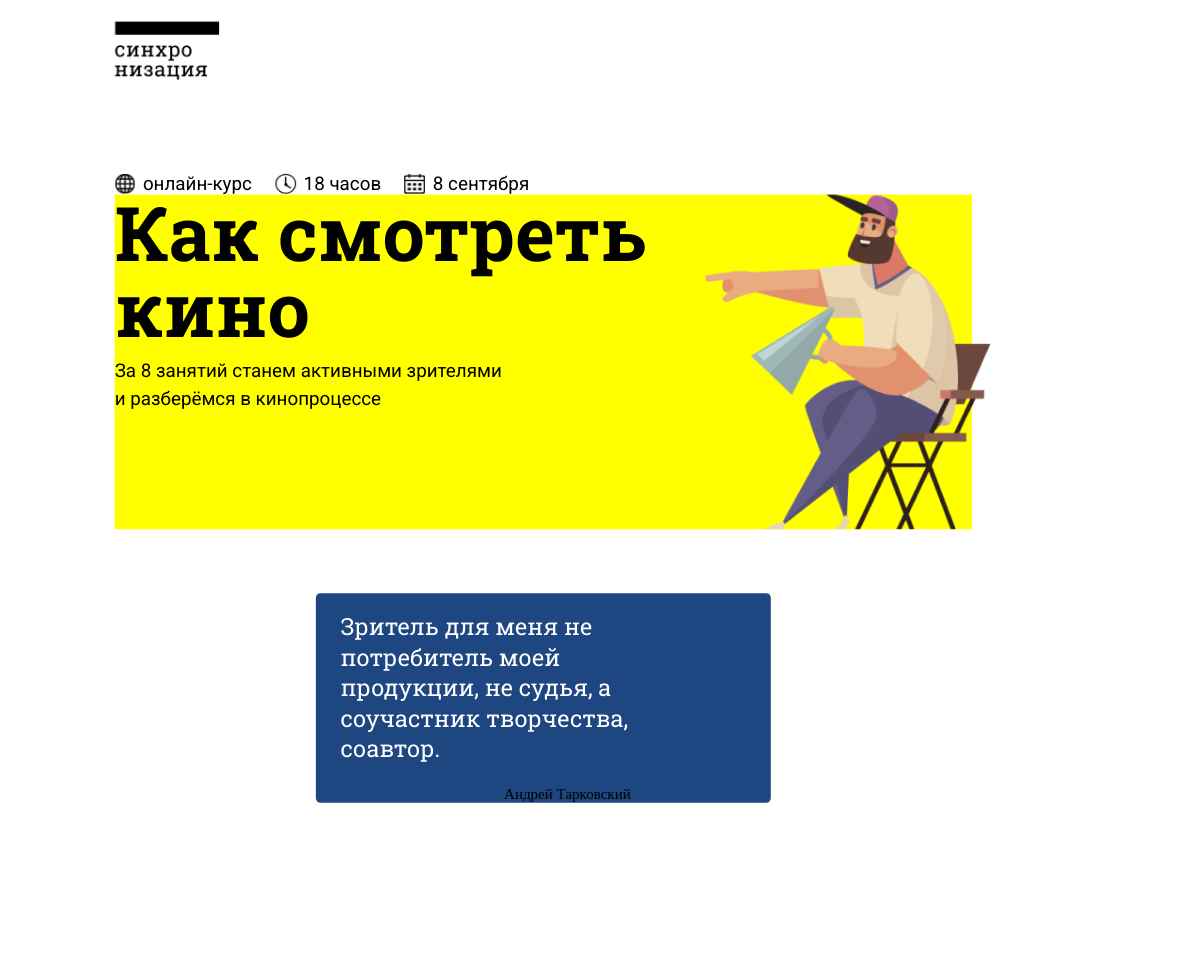
Repository: simralgasimov/task5
Page: index.html
An editor plug-in stored every save of this project. The page is shown before and after a run of saves, followed by the edit.
The browser window is 1280 px wide. The pictures show the whole page, at 94% of full size.

Above is the page before, as saved 2023-08-28 13:35:03.

### index.html
<!DOCTYPE html>
<html lang="en">
  <head>
    <meta charset="UTF-8" />
    <meta name="viewport" content="width=device-width, initial-scale=1.0" />
    <title>Document</title>
    <link rel="stylesheet" href="index.css" />
  </head>
  <body>
    <div class="container">
      <div class="logo">
        <img src="./img/logo_mobile_black 1 (1).png" alt="" />
      </div>
      <div class="headline">
        <div>
          <img src="./img/globe.svg" alt="" />
          <p>онлайн-курс</p>
        </div>
        <div>
          <img src="./img/img_135744.png" alt="" />
          <p>18 часов</p>
        </div>
        <div>
          <img src="./img/calendar_2.png" alt="" />
          <p>8 сентября</p>
        </div>
      </div>

      <div class="box">
        <div>
          <h1>
            Как смотреть кино
          </h1>
          <p>
            За 8 занятий станем активными зрителями и разберёмся в кинопроцессе
          </p>
        </div>


        <img src="./img/noroot 1.png" alt="" />
      </div>

      <div class="box2">
        <p class="p-1">
          Зритель для меня не потребитель моей продукции, не судья, а соучастник
          творчества, соавтор.
        </p>
        <p class="p-2">Андрей Тарковский</p>
      </div>
    </div>
  </body>
</html>

### index.css
@import url('https://fonts.googleapis.com/css2?family=Roboto&family=Roboto+Slab:wght@400;700&display=swap');

* {
  padding: 0;
  margin: 0;
  box-sizing: border-box;
}

.container {
  padding: 21px 246px 173px 122px;
}

.logo {
  width: 112px;
  height: 66px;
}

.headline {
  display: flex;
  margin-top: 97px;
}
.headline div {
  display: flex;
  align-items: center;
  margin-right: 25px;
}
.headline p {
  color: #000;
  font-family: Roboto;
  font-size: 20px;
  font-style: normal;
  font-weight: 400;
  line-height: 115%;
}

.headline img:first-child {
  margin-right: 8px;
  width: 22px;
  height: 21px;
}

.headline img:nth-child(3) {
  margin-right: 8px;
  width: 22px;
  height: 22px;
}

.headline img:nth-child(5) {
  margin-right: 13px;
  width: 20px;
  height: 22px;
}

.box {
  display: flex;
  /* padding: 29px; */

  justify-content: space-between;
  background-color: yellow;
}

.box h1 {
  width: 628px;
  color: #000;
  font-family: Roboto Slab;
  font-size: 80px;
  font-style: normal;
  font-weight: 700;
  line-height: 101.385%;
}

.box p {
  margin-top: 10px;
  width: 414px;
  color: #000;
  font-family: Roboto;
  font-size: 20px;
  font-style: normal;
  font-weight: 400;
  line-height: 150%;
}

.box img {
  width: 304px;
  height: 356px;
}

.box2 {
  margin: auto auto auto auto;
  margin-top: 68px;
  width: 483.635px;
  border-radius: 5px;
  background: #1e4681;
}

.box2 .p-1 {
  padding: 19px 18px 23px 26px;
  width: 430.589px;
  color: #fff;
  font-family: Roboto Slab;
  font-size: 25px;
  font-style: normal;
  font-weight: 400;
  line-height: 130%; /* 32.5px */
}
.box2 .p-2{

}

.box2 p:nth-child(2) {
  padding-left: 200px;
}

After the next 2 saves:
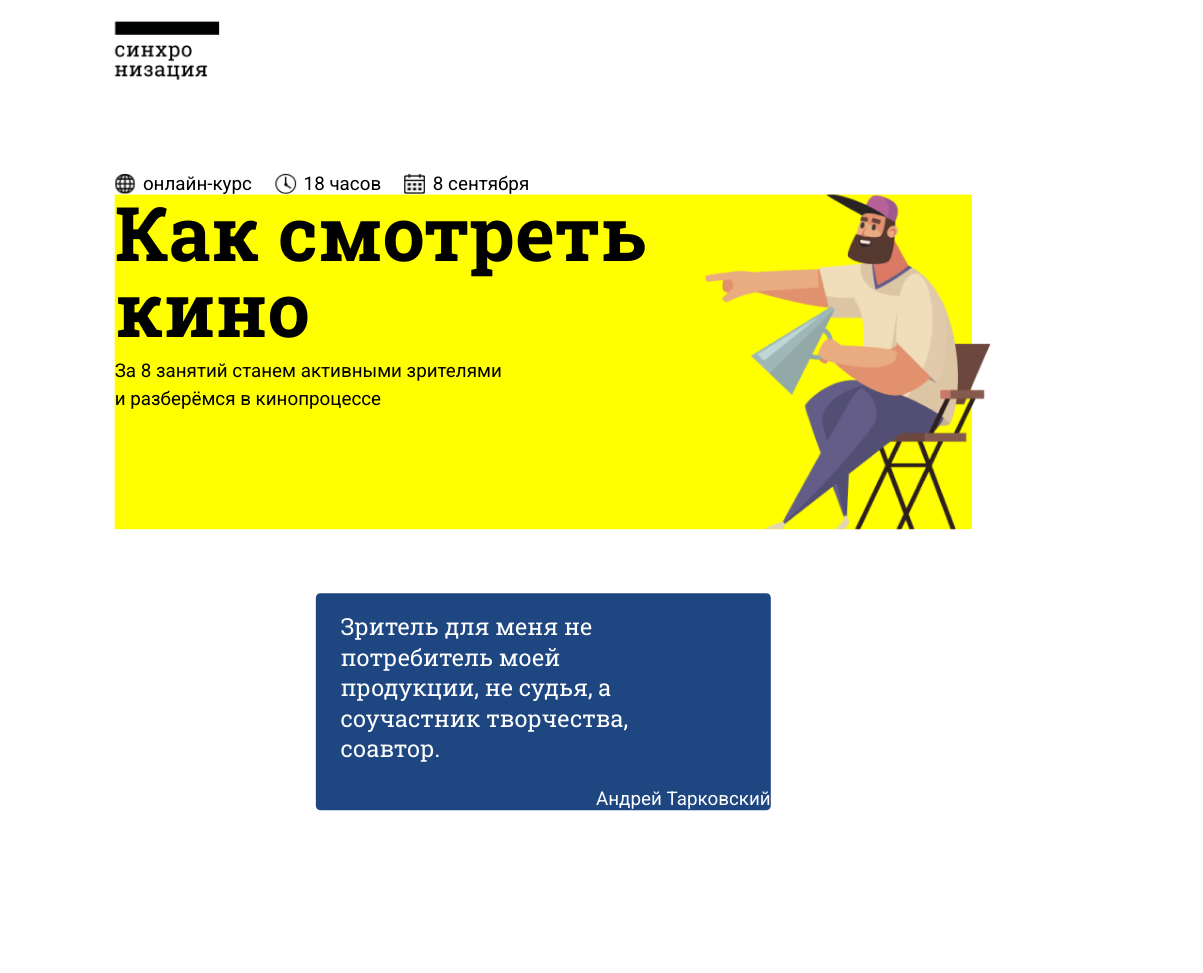
The 2 saves are shown as one change because they came seconds apart.
The last was saved 10 s later.
--- a/index.css
+++ b/index.css
@@ -104,7 +104,13 @@
   line-height: 130%; /* 32.5px */
 }
 .box2 .p-2{
-
+  color: #FFF;
+text-align: right;
+font-family: Roboto;
+font-size: 20px;
+font-style: normal;
+font-weight: 400;
+line-height: 130%;
 }
 
 .box2 p:nth-child(2) {
